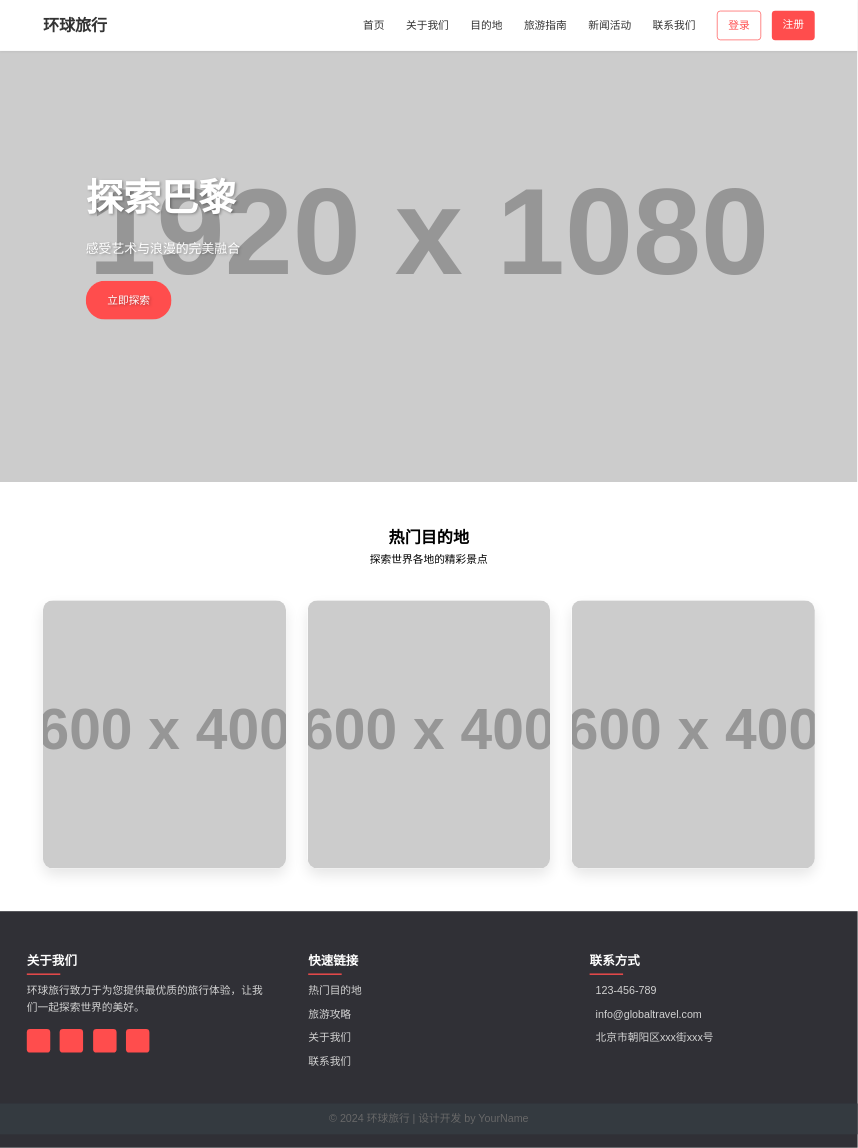
Repository: huang-heavenly-Emperor/travel_1
Page: index.html
An editor plug-in stored every save of this project. The page is shown before and after the next save, followed by the edit.
The browser window is 1280 px wide. The pictures show the whole page, at 67% of full size.

Above is the page before, as saved 2024-11-18 02:42:47.
Console error: TypeError: Cannot read properties of null (reading 'style')

After the next save:
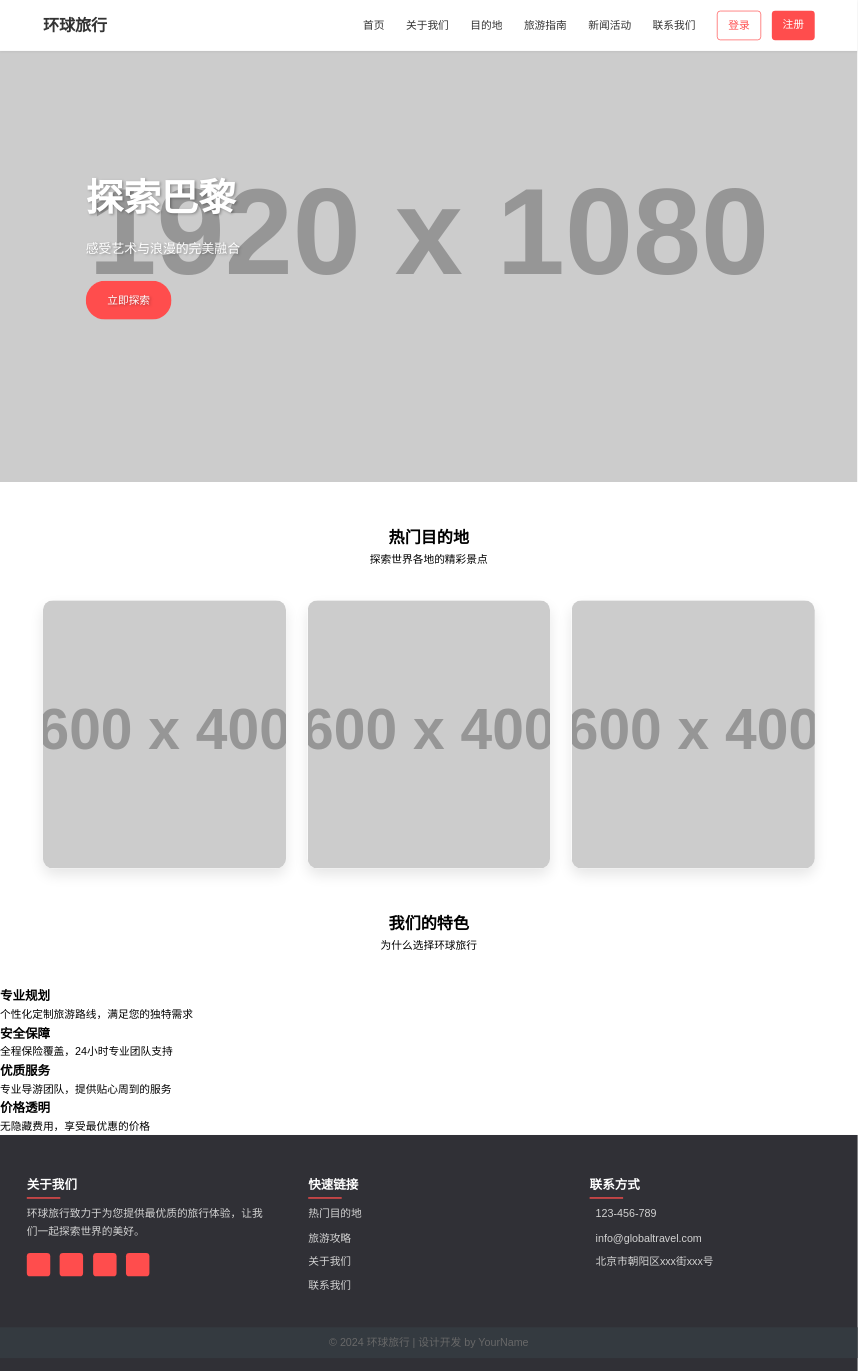
Saved 19 s later.
--- a/index.html
+++ b/index.html
@@ -150,6 +150,42 @@
         </div>
     </section>
 
+    <!-- 添加特色服务部分 -->
+    <section class="features">
+        <div class="container">
+            <div class="section-header">
+                <h2>我们的特色</h2>
+                <p>为什么选择环球旅行</p>
+            </div>
+
+            <div class="features-grid">
+                <div class="feature-item">
+                    <i class="fas fa-map-marked-alt"></i>
+                    <h3>专业规划</h3>
+                    <p>个性化定制旅游路线，满足您的独特需求</p>
+                </div>
+
+                <div class="feature-item">
+                    <i class="fas fa-shield-alt"></i>
+                    <h3>安全保障</h3>
+                    <p>全程保险覆盖，24小时专业团队支持</p>
+                </div>
+
+                <div class="feature-item">
+                    <i class="fas fa-hand-holding-heart"></i>
+                    <h3>优质服务</h3>
+                    <p>专业导游团队，提供贴心周到的服务</p>
+                </div>
+
+                <div class="feature-item">
+                    <i class="fas fa-wallet"></i>
+                    <h3>价格透明</h3>
+                    <p>无隐藏费用，享受最优惠的价格</p>
+                </div>
+            </div>
+        </div>
+    </section>
+
     <!-- 页脚部分 -->
     <footer class="footer">
         <div class="footer-content">
